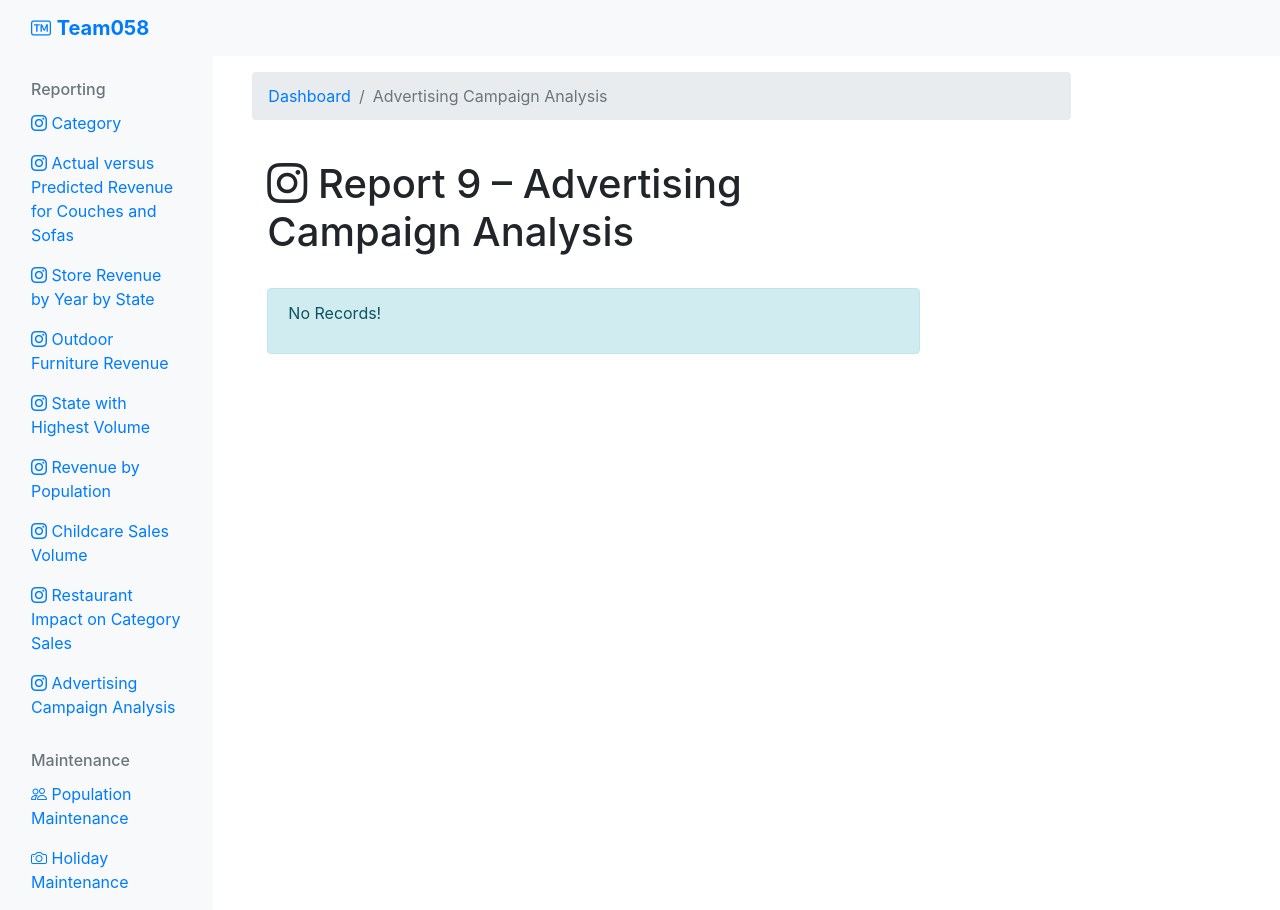
Repository: tex216/Relational-Database-Design-for-Sales-Reporting-System
Page: http://localhost/reporting/report9_advertising_campaign_analysis/
These files come from the project's save history. The page is drawn as it stood at one moment and after the next save; the edit follows.
The browser window is 1280 px wide. The pictures show the whole page.
Some web libraries are served in a nearby version. The page is served by the project's application, run on Django 3.2 (manage.py). Other server files are loaded and not shown. Queries for data that is not in the repository find no rows.

Above is the page before, as saved 2021-04-03 19:54:55.

### mren40/LSRS/reporting/templates/reporting/report9_advertising_campaign_analysis.html
{% extends "_layout.html" %}

{% block content %}

<style>
    form {
        text-align: left;
    }

    .btnSubmit {
        display: block;
        text-align: center;
        margin: 0 auto;
    }
</style>

<main class="container" role="main">
    <div class="row">
        <div class="col-md-10">
            <nav aria-label="breadcrumb">
                <ol class="breadcrumb">
                    <li class="breadcrumb-item"><a href="{% url 'index' %}">Dashboard</a></li>
                    <li class="breadcrumb-item active" aria-current="page">Advertising Campaign Analysis</li>
                </ol>
            </nav>

            <br />
            <div class="align-items-center bg-purple rounded ">
                <h1 class="col-md-8">
                    <i class="bi bi-instagram"></i>
                    <p2>Report 9 – Advertising Campaign Analysis</p2>
                </h1>
            </div>

            <br />
            <div class="align-items-center bg-purple rounded" id="divReport9">
                <div class="col-md-10">
                    {% if report9 %}
                    <table class="table">
                        <thead class="thead-light">
                            <tr>
                                <th scope="col"></th>
                                <th scope="col">Product ID</th>
                                <th scope="col">Product Name</th>
                                <th scope="col">Sold During Campaign</th>
                                <th scope="col">Sold Outside Campaign</th>
                                <th scope="col">Difference</th>
                            </tr>
                        </thead>
                        <tbody>
                            {% for ProductID, ProductName, SoldDuringCampaign, SoldOutsideCampaign, Difference in report9 %}
                            <tr>
                                <th scope="row"></th>
                                <td>{{ ProductID }}</td>
                                <td>{{ ProductName }}</td>
                                <td>{{ SoldDuringCampaign }}</td>
                                <td>{{ SoldOutsideCampaign }}</td>
                                <td>{{ Difference }}</td>
                            </tr>
                            {% endfor %}
                        </tbody>
                    </table>
                    {% else %}
                    <div class="alert alert-info" role="alert">
                        <p>No Records!</p>
                    </div>
                    {% endif %}
                </div>
            </div>
        </div>
    </div>
</main>

{% endblock %}

### mren40/LSRS/reporting/templates/_layout.html
<!DOCTYPE html>
<html lang="en">

<head>
  <meta charset="utf-8" />
  <meta http-equiv="X-UA-Compatible" content="IE=edge,chrome=1" />
  <meta name="viewport" content="width=device-width, initial-scale=1, shrink-to-fit=no">
  <title>LEOFURN Sales Reporting System</title>
  <link rel="shortcut icon" href="https://omscs.gatech.edu/sites/all/themes/gt_subtheme/favicon.ico"
    type="image/vnd.microsoft.icon" />

  <script src="https://code.jquery.com/jquery-3.6.0.min.js"
    integrity="sha256-/xUj+3OJU5yExlq6GSYGSHk7tPXikynS7ogEvDej/m4=" crossorigin="anonymous"></script>

</head>

<body>
  <nav class="navbar navbar-light bg-light" style="background-color: background-color: #f8f9fa!important">
    <div class="container-fluid">
      <a class="navbar-brand text-primary" href="/reporting/">
        <i class="bi bi-badge-tm"></i>
        <strong>Team058</strong>
      </a>
    </div>
  </nav>

  <div class="container-fluid">
    <div class="row">
      <nav class="col-md-2 d-none d-md-block bg-light sidebar" style="min-height: calc(100vh - 50px)">
        <div class="sidebar-sticky">
          <h6 class="sidebar-heading d-flex justify-content-between align-items-center px-3 mt-4 mb-1 text-muted">
            <span>Reporting</span>
          </h6>
          <ul class="nav flex-column mb-2">
            <li class="nav-item">
              <a class="nav-link" href="#">
                <i class="bi bi-instagram"></i>
                Category
              </a>
            </li>
            <li class="nav-item">
              <a class="nav-link" href="#">
                <i class="bi bi-instagram"></i>
                Actual versus Predicted Revenue for Couches and Sofas
              </a>
            </li>
            <li class="nav-item">
              <a class="nav-link" href="#">
                <i class="bi bi-instagram"></i>
                Store Revenue by Year by State
              </a>
            </li>
            <li class="nav-item">
              <a class="nav-link" href="#">
                <i class="bi bi-instagram"></i>
                Outdoor Furniture Revenue
              </a>
            </li>
            <li class="nav-item">
              <a class="nav-link" href="#">
                <i class="bi bi-instagram"></i>
                State with Highest Volume
              </a>
            </li>
            <li class="nav-item">
              <a class="nav-link" href="#">
                <i class="bi bi-instagram"></i>
                Revenue by Population
              </a>
            </li>
            <li class="nav-item">
              <a class="nav-link" href="#">
                <i class="bi bi-instagram"></i>
                Childcare Sales Volume
              </a>
            </li>
            <li class="nav-item">
              <a class="nav-link" href="{% url 'report8_restaurant_impact_on_category_sales' %}">
                <i class="bi bi-instagram"></i>
                Restaurant Impact on Category Sales
              </a>
            </li>
            <li class="nav-item">
              <a class="nav-link" href="{% url 'report9_advertising_campaign_analysis' %}">
                <i class="bi bi-instagram"></i>
                Advertising Campaign Analysis
              </a>
            </li>
          </ul>

          <h6 class="sidebar-heading d-flex justify-content-between align-items-center px-3 mt-4 mb-1 text-muted">
            <span>Maintenance</span>
          </h6>
          <ul class="nav flex-column mb-2">
            <li class="nav-item">
              <a class="nav-link" href="{% url 'population' %}">
                <i class="bi bi-people"></i>
                Population Maintenance
              </a>
            </li>
            <li class="nav-item">
              <a class="nav-link" href="{% url 'holiday' %}">
                <i class="bi bi-camera"></i>
                Holiday Maintenance
              </a>
            </li>
          </ul>
        </div>
      </nav>

      <section role="main" class="col-md-9 ml-sm-auto col-lg-10 pt-3 px-4">

        <div class="d-flex justify-content-between flex-wrap flex-md-nowrap align-items-center pb-2 mb-3">

          {% block content %}{% endblock %}

        </div>

      </section>
    </div>
  </div>

  <!-- Google Font -->
  <link defer href="https://fonts.googleapis.com/css?family=Nunito:300,300i,400,600,800" rel="stylesheet">
  <!-- Bootstrap Icons -->
  <link defer rel="stylesheet" href="https://cdn.jsdelivr.net/npm/bootstrap-icons@1.4.0/font/bootstrap-icons.css">
  <link defer rel="stylesheet" href="https://maxcdn.bootstrapcdn.com/bootstrap/4.0.0/css/bootstrap.min.css"
    integrity="sha384-Gn5384xqQ1aoWXA+058RXPxPg6fy4IWvTNh0E263XmFcJlSAwiGgFAW/dAiS6JXm" crossorigin="anonymous">


</body>

</html>

### mren40/LSRS/reporting/reports/report9.py
from django.views import generic
from reporting.repository.sqlhelper import SqlHelper


class GetReport(generic.ListView):
    template_name = "reporting/report9_advertising_campaign_analysis.html"
    context_object_name = "report9"

    def get_queryset(self):
        obj = SqlHelper()
        report_res = obj.get_report9()
        obj.close()
        return report_res

### mren40/LSRS/reporting/repository/sqlhelper.py
import pymysql


class SqlHelper(object):
    def __init__(self):
        self.conn = pymysql.connect(
            host="127.0.0.1", port=3306, user="root", passwd="spring2021_cs6400", db="cs6400_sp21_team058"
        )
        self.cursor = self.conn.cursor(cursor=pymysql.cursors.DictCursor)

    def get_report8(self):
        self.cursor.execute(
            "SELECT COLS.Category, COLS.`Store Type`, IFNULL(ACT.`Quantity Sold`, 0) "
            "FROM "
            "( ( SELECT C01.Category_Name AS Category, 'Restaurant' AS `Store Type` FROM CATEGORY AS C01) "
            "UNION "
            "( SELECT C02.Category_Name AS Category, 'Non-restaurant' AS `Store Type` FROM CATEGORY AS C02) ) "
            "AS COLS "
            "LEFT JOIN "
            "(SELECT C.Category_Name AS Category, "
            "IF(T.Has_Restaurant IS TRUE, 'Restaurant', 'Non-restaurant') AS `Store Type`, "
            "SUM(S.Quantity) AS `Quantity Sold` "
            "FROM CATEGORY AS C "
            "INNER JOIN ASSIGNED AS A ON C.Category_Name = A.Category_Name "
            "INNER JOIN PRODUCT AS P ON A.PID = P.PID "
            "INNER JOIN SALE AS S ON P.PID = S.PID "
            "INNER JOIN STORE AS T ON S.Store_Number = T.Store_Number "
            "GROUP BY Category, `Store Type` "
            ") AS ACT "
            "ON COLS.Category = ACT.Category AND COLS.`Store Type` = ACT.`Store Type` "
            "ORDER BY COLS.Category ASC, COLS.`Store Type` ASC; "
        )
        report8_res = self.cursor.fetchall()
        return report8_res

    def get_report9(self):
        self.cursor.execute(
            "SELECT `Product ID`, `Product Name`, `Sold During Campaign`, `Sold Outside Campaign`, Difference "
            "FROM( "
            "( "
            "SELECT P.PID AS `Product ID`, P.Product_Name AS `Product Name`, "
            "SUM(IF(A.`Description` IS NULL,0,1) * IFNULL(S.Quantity,0)) AS `Sold During Campaign`, "
            "SUM(IF(A.`Description` IS NULL,1,0) * IFNULL(S.Quantity,0)) AS `Sold Outside Campaign`, "
            "(SUM(IF(A.`Description` IS NULL,0,1) * IFNULL(S.Quantity,0)) - "
            "SUM(IF(A.`Description` IS NULL,1,0) * IFNULL(S.Quantity,0))) AS Difference "
            "FROM PRODUCT AS P "
            "INNER JOIN DISCOUNT AS I ON P.PID = I.PID "
            "LEFT JOIN SALE AS S ON I.`Date` = S.`Date` AND I.PID = S.PID "
            "LEFT JOIN DAY AS D ON S.`Date` = D.`Date` "
            "LEFT JOIN HOLD AS H ON D.`Date` = H.`Date` "
            "LEFT JOIN ADVERTISING_CAMPAIGN AS A ON H.`Description` = A.`Description` "
            "GROUP BY `Product ID` "
            "ORDER BY Difference DESC "
            "LIMIT 10 "
            ") "
            "UNION "
            "( "
            "SELECT P2.PID AS `Product ID`, P2.Product_Name AS `Product Name`, "
            "SUM(IF(A2.`Description` IS NULL,0,1) * IFNULL(S2.Quantity,0)) AS `Sold During Campaign`, "
            "SUM(IF(A2.`Description` IS NULL,1,0) * IFNULL(S2.Quantity,0)) AS `Sold Outside Campaign`, "
            "(SUM(IF(A2.`Description` IS NULL,0,1) * IFNULL(S2.Quantity,0)) - "
            "SUM(IF(A2.`Description` IS NULL,1,0) * IFNULL(S2.Quantity,0))) AS Difference "
            "FROM PRODUCT AS P2 "
            "INNER JOIN DISCOUNT AS I2 ON P2.PID = I2.PID "
            "LEFT JOIN SALE AS S2 ON I2.`Date` = S2.`Date` AND I2.PID = S2.PID "
            "LEFT JOIN DAY AS D2 ON S2.`Date` = D2.`Date` "
            "LEFT JOIN HOLD AS H2 ON D2.`Date` = H2.`Date` "
            "LEFT JOIN ADVERTISING_CAMPAIGN AS A2 ON H2.`Description` = A2.`Description` "
            "GROUP BY `Product ID` "
            "ORDER BY Difference ASC "
            "LIMIT 10 "
            ") "
            ") AS UN "
            "ORDER BY Difference DESC; "
        )
        report9_res = self.cursor.fetchall()
        return report9_res

    def close(self):
        self.cursor.close()
        self.conn.close()

### mren40/LSRS/common/urls.py
"""common URL Configuration

The `urlpatterns` list routes URLs to views. For more information please see:
    https://docs.djangoproject.com/en/3.1/topics/http/urls/
Examples:
Function views
    1. Add an import:  from my_app import views
    2. Add a URL to urlpatterns:  path('', views.home, name='home')
Class-based views
    1. Add an import:  from other_app.views import Home
    2. Add a URL to urlpatterns:  path('', Home.as_view(), name='home')
Including another URLconf
    1. Import the include() function: from django.urls import include, path
    2. Add a URL to urlpatterns:  path('blog/', include('blog.urls'))
"""
from django.contrib import admin
from django.urls import path
from django.urls import include
from django.conf import settings
from django.conf.urls.static import static
from django.views.generic import RedirectView


urlpatterns = [
    path("reporting/", include("reporting.urls")),
]

urlpatterns += static(settings.STATIC_URL, document_root=settings.STATIC_ROOT)

urlpatterns += [
    path("", RedirectView.as_view(url="/reporting/", permanent=True)),
]

### mren40/LSRS/reporting/urls.py
from django.urls import path
from reporting import views
from reporting.maintenances import holiday, population
from reporting.reports import report8, report9

urlpatterns = [path("", views.index, name="index")]

urlpatterns += [path("holiday/", holiday.HolidayList.as_view(), name="holiday")]

urlpatterns += [path("holiday/add_holiday/", holiday.add_new_holiday, name="add_holiday")]

urlpatterns += [
    path("population/", population.city_population_load, name="population"),
    path("population/get_city_list/", population.get_city_list, name="population_get_city_list"),
    path("population/get_city_population/", population.get_city_population, name="population_get_city_population"),
]

urlpatterns += [
    path(
        "report8_restaurant_impact_on_category_sales/",
        report8.GetReport.as_view(),
        name="report8_restaurant_impact_on_category_sales",
    )
]

urlpatterns += [
    path(
        "report9_advertising_campaign_analysis/",
        report9.GetReport.as_view(),
        name="report9_advertising_campaign_analysis",
    )
]

After the next save:
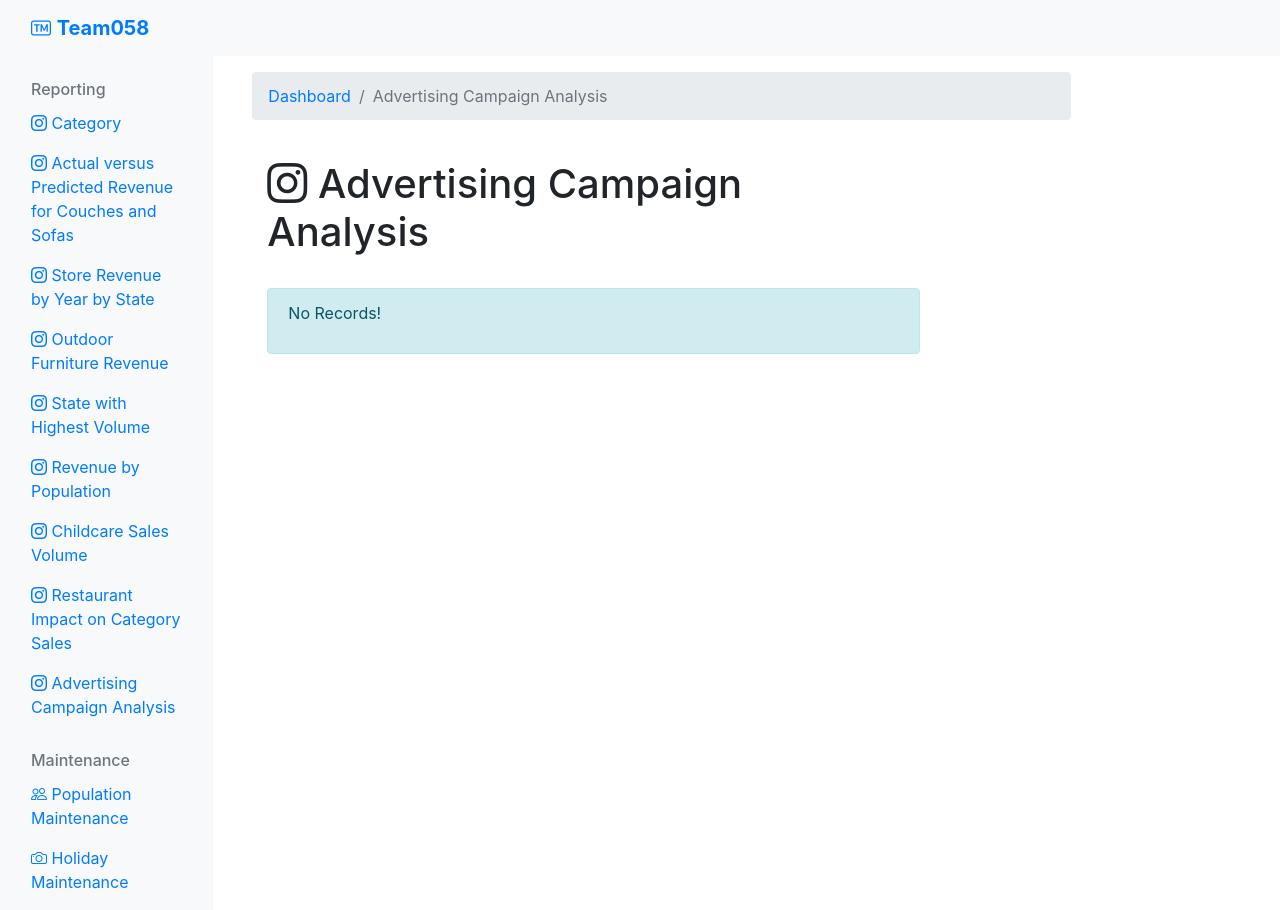
Saved 47 s later.
--- a/mren40/LSRS/reporting/templates/reporting/report9_advertising_campaign_analysis.html
+++ b/mren40/LSRS/reporting/templates/reporting/report9_advertising_campaign_analysis.html
@@ -28,7 +28,7 @@
             <div class="align-items-center bg-purple rounded ">
                 <h1 class="col-md-8">
                     <i class="bi bi-instagram"></i>
-                    <p2>Report 9 – Advertising Campaign Analysis</p2>
+                    <p2>Advertising Campaign Analysis</p2>
                 </h1>
             </div>
 
